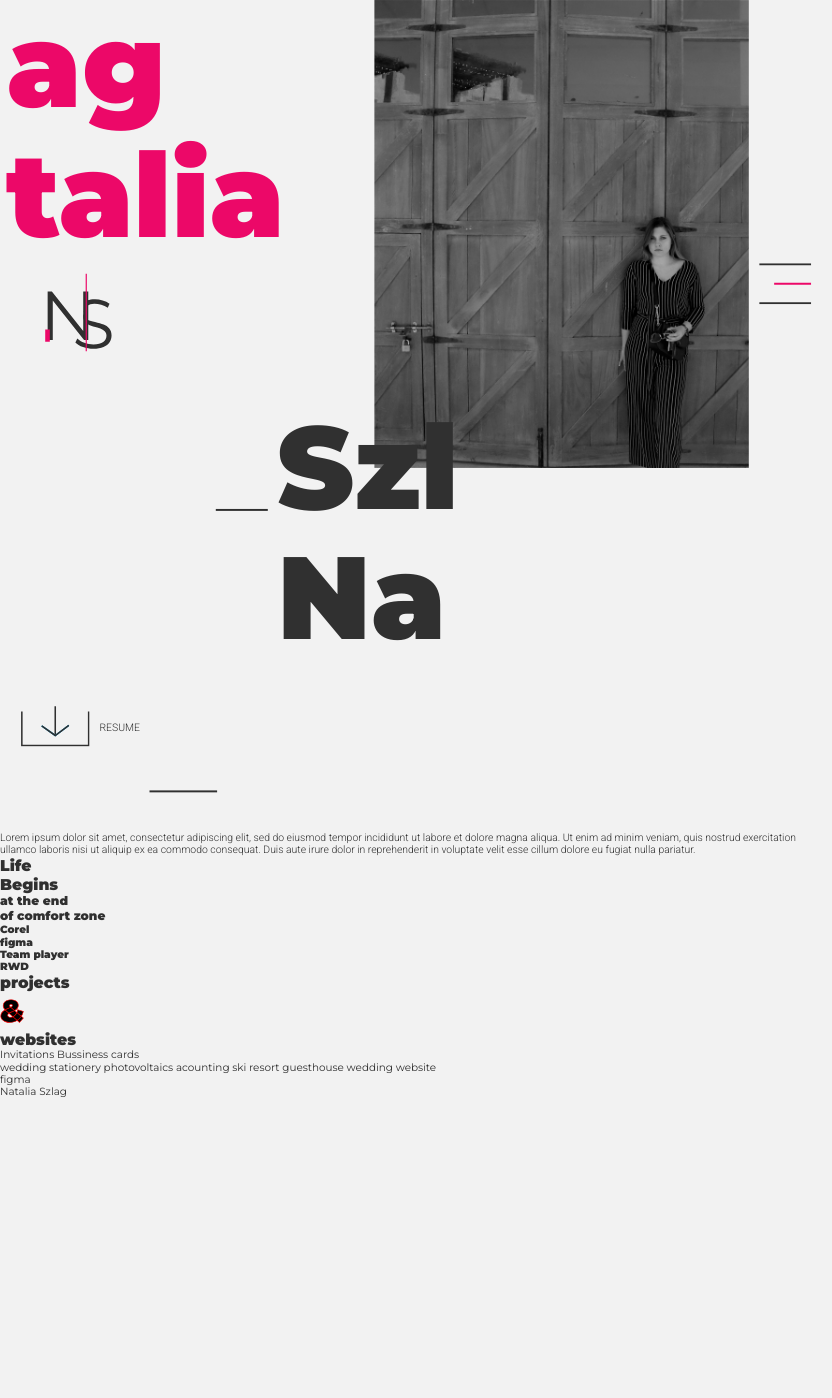
Repository: nataliaszlag/portfolio3
Page: index.html
The author's editor kept a copy of each file at every save. The page is drawn from the files as they stood at one save, then again after a run of saves.
The browser window is 1280 px wide. The pictures show the whole page, at 65% of full size.
The style sheet was rebuilt from its Sass, Less or Tailwind sources for each picture, by a compiler version that may differ from the author's.

Above is the page before, as saved 2020-09-26 20:12:30.

After the next 2 saves:
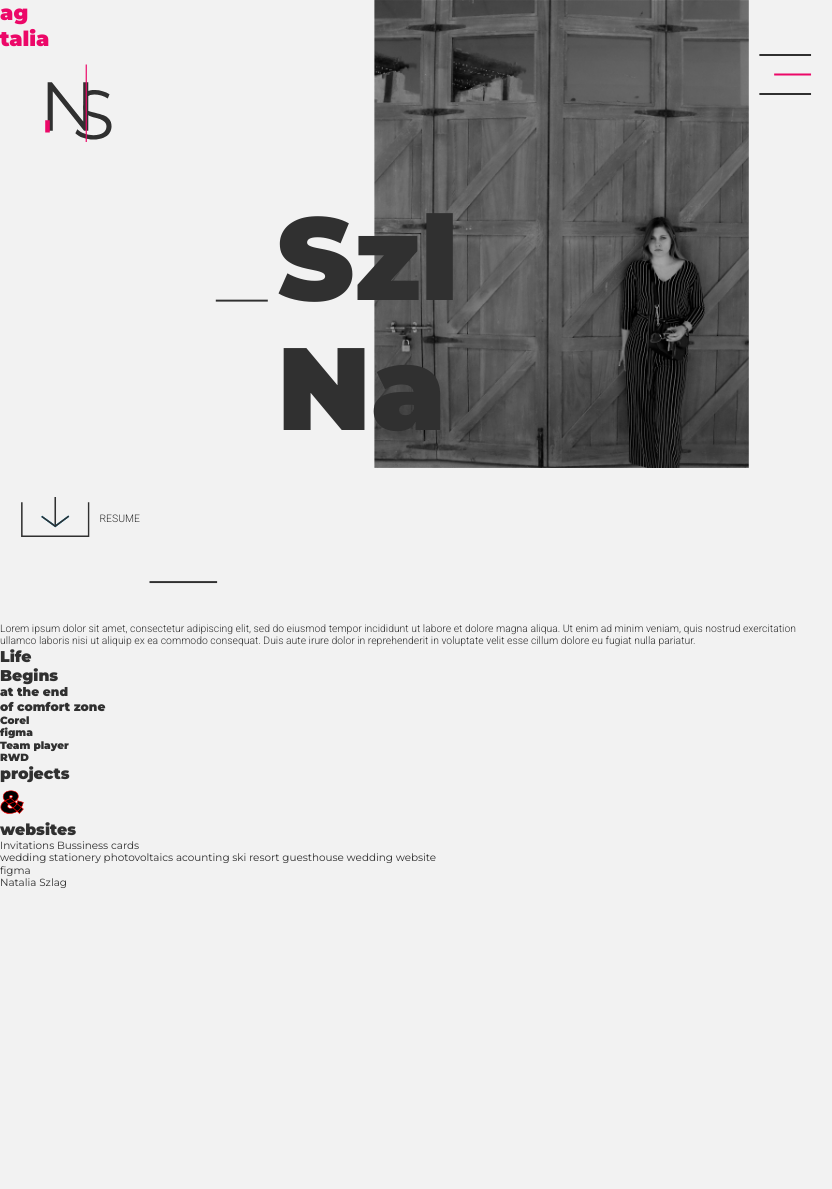
The 2 saves are shown as one change because they came seconds apart.
The last was saved 30 s later.
--- a/index.html
+++ b/index.html
@@ -7,7 +7,7 @@
     <link rel="stylesheet" href="/css/style.css">
     <link href="https://fonts.googleapis.com/css2?family=Montserrat:wght@300;400;600;900&family=Roboto:wght@300&display=swap" rel="stylesheet">
 <body>
-    <div><img class="hero-img"src="/img/img-hero.JPG" alt="zdj"><h1 class="h1-name clr-prim">ag<br>talia</h1></div>
+    <div><img class="hero-img"src="/img/img-hero.JPG" alt="zdj"><h1 class="h1-name-2 clr-prim">ag<br>talia</h1></div>
     <header class="hero">
         <nav>
             <logo class="logo">
